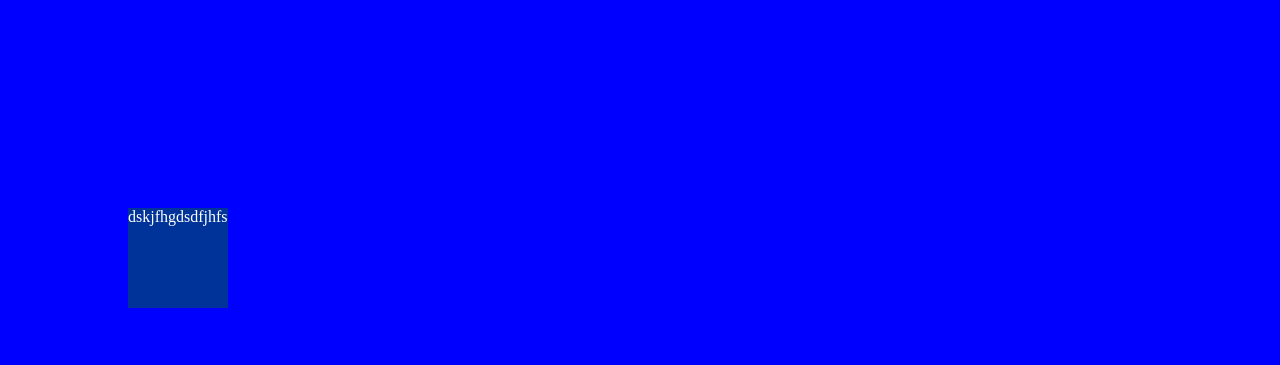
Repository: mong3270/mong3270.github.io
Page: index.html
The author's editor kept a record of every edit. The page is drawn from the files as they stood at one moment, then again after the next edit.
The browser window is 1280 px wide. The pictures show the whole page.

Above is the page before.

After the next edit:
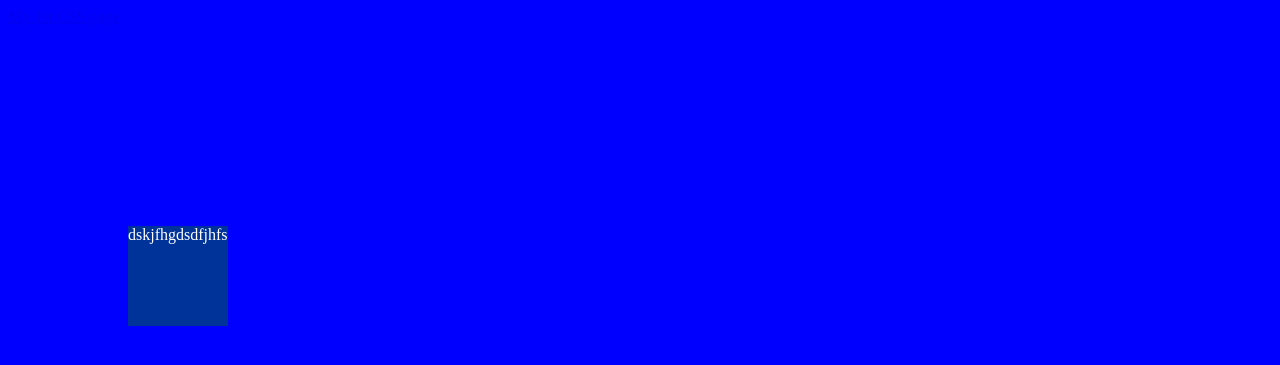
The edit:
--- a/index.html
+++ b/index.html
@@ -5,6 +5,9 @@
 		<link href="index.css" rel="stylesheet" type="text/css" />
 </head>
 <body>
+
+<a href="mypage.html">My 1st CSS page</a>
+
     <div>dskjfhgdsdfjhfs</div>
 </body>
 </html>
